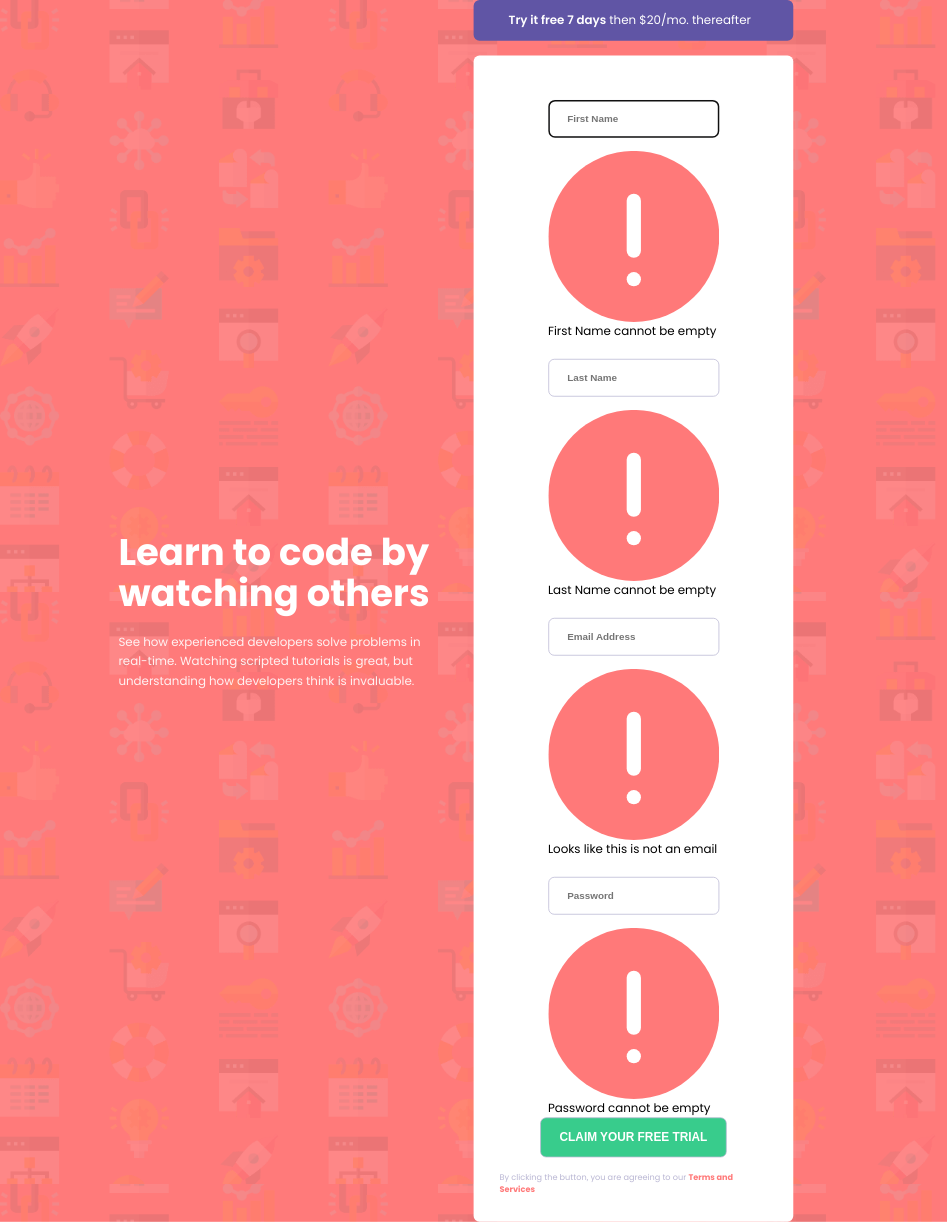
Repository: cipdanila/intro-component-with-sign-up-form
Page: v1/index.html
The author's editor kept a copy of each file at every save. The page is drawn from the files as they stood at one save, then again after the next save.
The browser window is 1280 px wide. The pictures show the whole page, at 74% of full size.
The first visible `input` has the focus.

Above is the page before, as saved 2024-02-19 18:59:27.

After the next save:
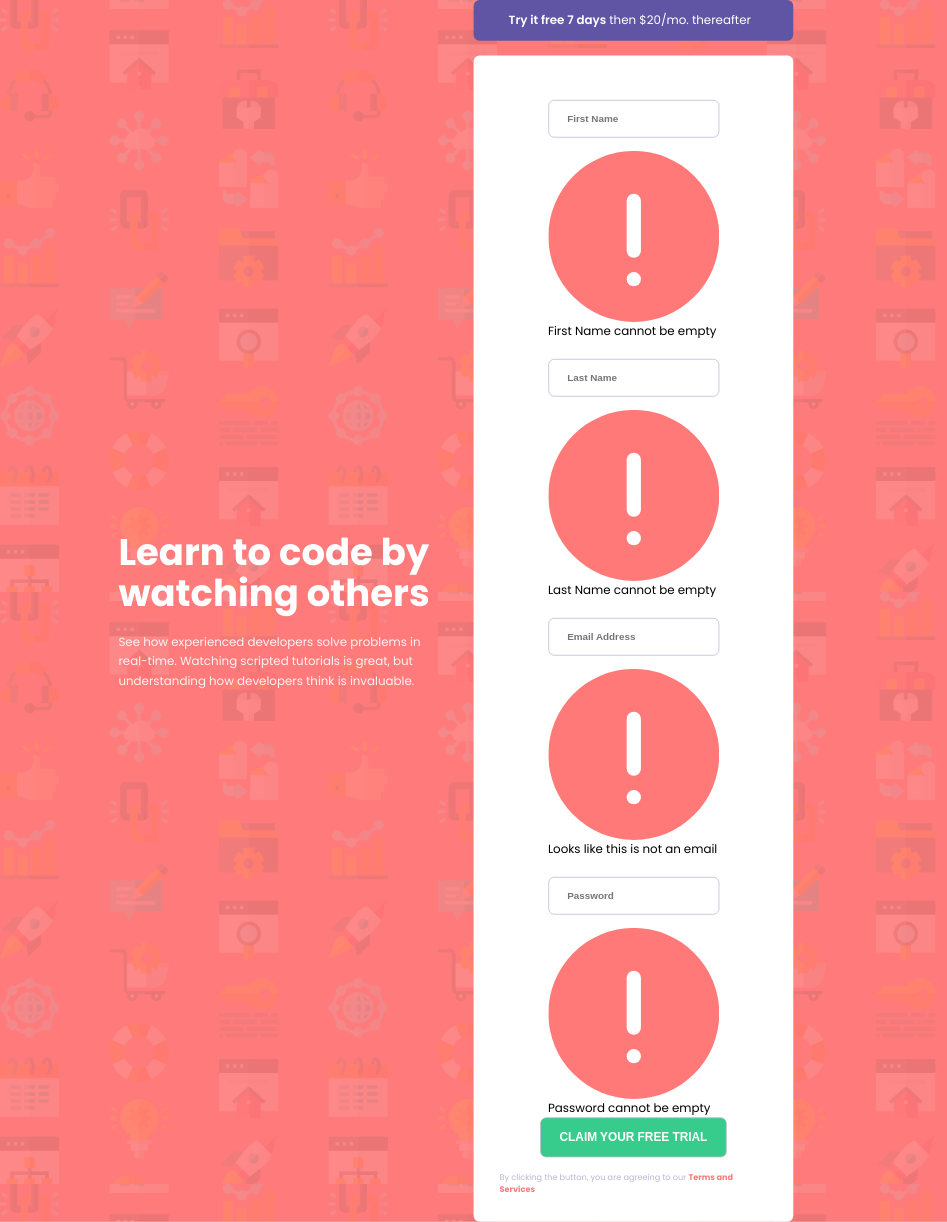
Saved 18 s later.
--- a/v1/style/style.css
+++ b/v1/style/style.css
@@ -121,5 +121,5 @@
 
 input:focus,
 button:focus {
-
+    outline: none;
 }
